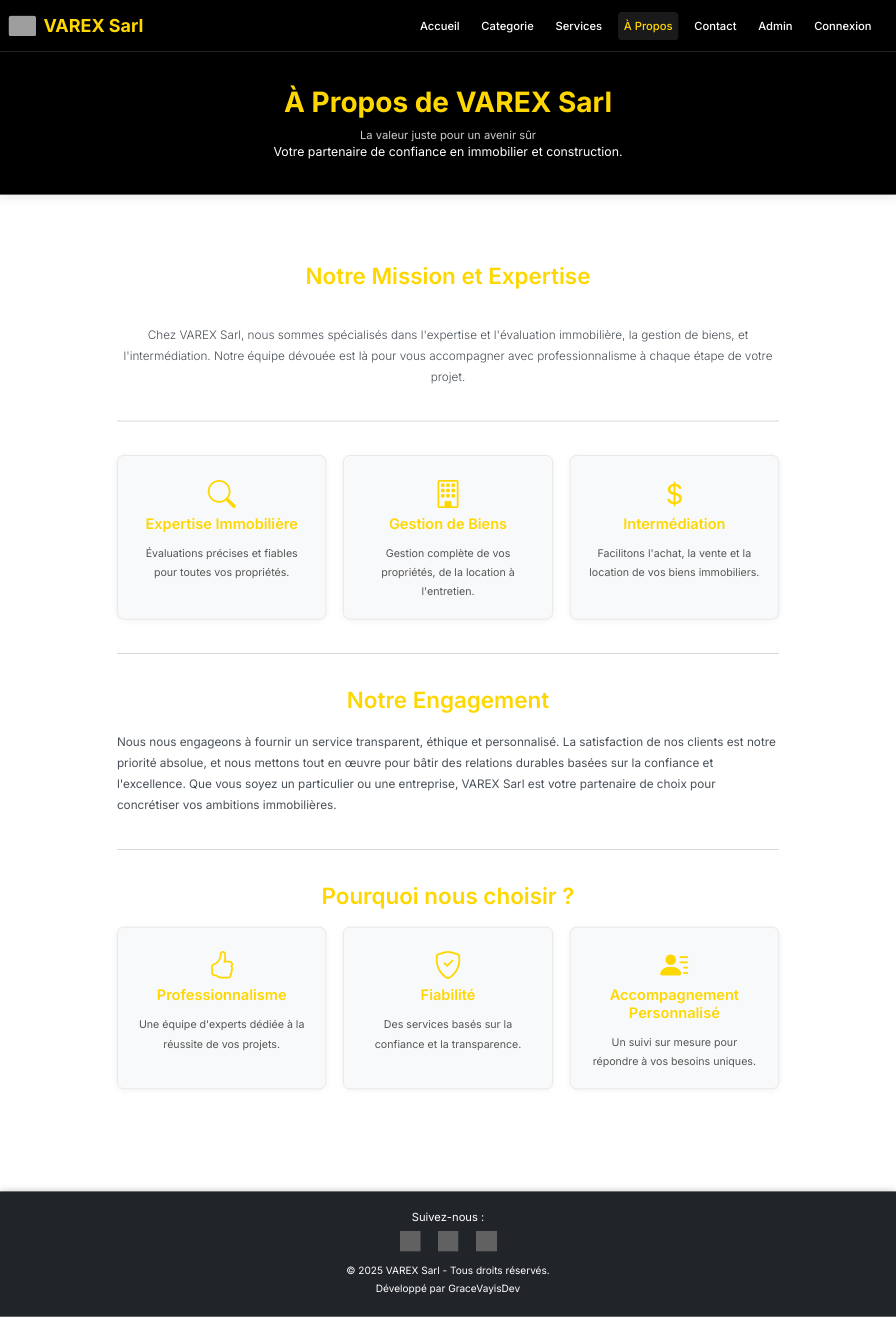
Repository: gradi243/catine
Page: apropos.html
The author's editor kept a copy of each file at every save. The page is drawn from the files as they stood at one save, then again after a run of saves.
The browser window is 1280 px wide. The pictures show the whole page, at 70% of full size.
Pictures or frames that could not be fetched are drawn as grey boxes.

Above is the page before, as saved 2025-07-01 00:04:05.

### apropos.html
<!DOCTYPE html>
<html lang="fr">
<head>
    <meta charset="UTF-8">
    <meta name="viewport" content="width=device-width, initial-scale=1.0">
    <title>À Propos - VAREX Sarl</title>
    <!-- Bootstrap CSS via CDN -->
    <link href="https://cdn.jsdelivr.net/npm/bootstrap@5.3.2/dist/css/bootstrap.min.css" rel="stylesheet" xintegrity="sha384-T3c6CoIi6uLrA9TneNEoa7RxnatzjcDSCmG1MXxSR1GAsXEV/Dwwykc2MPK8M2HN" crossorigin="anonymous">
    <!-- Bootstrap Icons via CDN -->
    <link href="https://cdn.jsdelivr.net/npm/bootstrap-icons@1.10.5/font/bootstrap-icons.css" rel="stylesheet">
    <!-- Google Fonts: Inter for a clean, modern look -->
    <link href="https://fonts.googleapis.com/css2?family=Inter:wght@300;400;500;600;700&display=swap" rel="stylesheet">
    <!-- Custom Styles -->
    <style>
        /* Define CSS Variables for the new color palette */
        :root {
            --color-primary-yellow: #FFD700; /* Gold/Yellow */
            --color-secondary-black: #000000; /* Black */
            --color-light-white: #FFFFFF; /* White */
            --color-dark-grey-text: #212529; /* Dark grey for general text */
        }

        body {
            font-family: 'Inter', sans-serif;
            background-color: var(--color-light-white);
            color: var(--color-dark-grey-text);
            display: flex;
            flex-direction: column;
            min-height: 100vh;
        }

        /* Navbar Customization */
        .navbar {
            background-color: var(--color-secondary-black) !important;
            box-shadow: 0 2px 10px rgba(0, 0, 0, 0.2);
            padding-top: 0.75rem;
            padding-bottom: 0.75rem;
        }
        .navbar-brand {
            font-weight: 700;
            font-size: 1.6rem;
            color: var(--color-primary-yellow) !important;
            display: flex;
            align-items: center;
        }
        .navbar-brand #companyLogo {
            width: 40px;
            height: 40px;
            margin-right: 10px;
            display: flex;
            justify-content: center;
            align-items: center;
            flex-shrink: 0;
        }
        .navbar-brand #companyLogo img {
            max-width: 100%;
            max-height: 100%;
            object-fit: contain;
            border-radius: 5px;
        }
        .navbar-nav .nav-link {
            color: var(--color-light-white) !important;
            font-weight: 500;
            margin-right: 15px;
            padding: 8px 12px;
            border-radius: 5px;
            transition: background-color 0.3s ease, color 0.3s ease;
        }
        .navbar-nav .nav-link:hover,
        .navbar-nav .nav-link.active {
            background-color: rgba(255, 255, 255, 0.1);
            color: var(--color-primary-yellow) !important;
        }
        .navbar-toggler {
            border-color: rgba(255, 255, 255, 0.3);
        }
        .navbar-toggler-icon {
            background-image: url("data:[embedded picture, 214 characters]");
        }

        /* Header (Hero Section) Customization */
        header {
            background-color: var(--color-secondary-black) !important;
            color: var(--color-light-white) !important;
            padding: 60px 0; /* Slightly less padding for sub-pages */
            text-align: center;
            box-shadow: 0 4px 15px rgba(0, 0, 0, 0.1);
        }
        header h1 {
            font-size: 2.5rem;
            font-weight: 700;
            color: var(--color-primary-yellow) !important;
            margin-bottom: 10px;
        }
        header p {
            font-size: 1.1rem;
            color: var(--color-light-white);
            max-width: 800px;
            margin: 0 auto;
        }
        header .slogan {
            font-size: 1rem;
            color: #ccc;
            margin-top: 5px;
        }

        /* Section Titles */
        .text-primary {
            color: var(--color-primary-yellow) !important;
        }

        /* About Section Specifics */
        .about-section {
            background-color: var(--color-light-white);
            padding: 50px 0;
        }
        .about-section h2 {
            font-size: 2rem;
            font-weight: 600;
            margin-bottom: 30px;
            color: var(--color-dark-grey-text);
        }
        .about-section p {
            font-size: 1.05rem;
            line-height: 1.8;
            color: #495057;
            margin-bottom: 20px;
        }
        .about-section .card {
            border: 1px solid #e0e0e0;
            border-radius: 10px;
            box-shadow: 0 2px 10px rgba(0, 0, 0, 0.05);
            transition: transform 0.3s ease, box-shadow 0.3s ease;
            background-color: #f8f9fa; /* Light grey background for cards */
        }
        .about-section .card:hover {
            transform: translateY(-5px);
            box-shadow: 0 5px 15px rgba(0, 0, 0, 0.1);
        }
        .about-section .card-body {
            padding: 25px;
        }
        .about-section .card-title {
            color: var(--color-primary-yellow);
            font-size: 1.3rem;
            font-weight: 600;
            margin-bottom: 15px;
        }
        .about-section .card-text {
            font-size: 0.95rem;
            color: #555;
        }
        .about-section .card i {
            font-size: 2.5rem;
            color: var(--color-primary-yellow);
            margin-bottom: 15px;
        }


        /* Footer Customization */
        footer {
            background-color: var(--color-secondary-black) !important;
            color: var(--color-light-white) !important;
            padding: 40px 0;
            margin-top: auto;
            box-shadow: 0 -2px 10px rgba(0, 0, 0, 0.2);
        }
        footer .social-icons a {
            margin: 0 10px;
            display: inline-block;
        }
        footer .social-icons img {
            width: 30px;
            height: 30px;
            filter: invert(100%) sepia(100%) saturate(0%) hue-rotate(285deg) brightness(100%) contrast(100%);
            transition: transform 0.2s ease;
        }
        footer .social-icons img:hover {
            transform: scale(1.1);
        }
        footer p {
            font-size: 0.9rem;
            margin-bottom: 5px;
        }

        /* Responsive adjustments */
        @media (max-width: 768px) {
            header h1 {
                font-size: 2rem;
            }
            header p {
                font-size: 1rem;
            }
            .about-section h2 {
                font-size: 1.8rem;
            }
            .about-section p {
                font-size: 1rem;
            }
        }
        @media (max-width: 576px) {
            .navbar-brand {
                font-size: 1.4rem;
            }
            header {
                padding: 40px 0;
            }
            header h1 {
                font-size: 1.6rem;
            }
            header .slogan {
                font-size: 0.9rem;
            }
        }
    </style>
</head>
<body>

<nav class="navbar navbar-expand-lg navbar-dark">
    <div class="container-fluid">
        <a class="navbar-brand" href="index.html">
            <div id="companyLogo">
                <img src="uploaded:image_c7909d.png-0eca17a6-129b-48e1-83e9-2f74c611cba1" alt="VAREX Sarl Logo">
            </div>
            <strong>VAREX Sarl</strong>
        </a>
        <button class="navbar-toggler" type="button" data-bs-toggle="collapse" data-bs-target="#navbarNav" aria-controls="navbarNav" aria-expanded="false" aria-label="Toggle navigation">
            <span class="navbar-toggler-icon"></span>
        </button>
        <div class="collapse navbar-collapse" id="navbarNav">
            <ul class="navbar-nav ms-auto">
                <li class="nav-item"><a class="nav-link" href="index.html">Accueil</a></li>
                <li class="nav-item"><a class="nav-link" href="categorie.html">Categorie</a></li>
                <li class="nav-item"><a class="nav-link" href="service.html">Services</a></li>
                <li class="nav-item"><a class="nav-link active" aria-current="page" href="apropos.html">À Propos</a></li>
                <li class="nav-item"><a class="nav-link" href="contact.html">Contact</a></li>
                <li class="nav-item"><a class="nav-link" href="admin/index.html">Admin</a></li>
                <li class="nav-item"><a class="nav-link" href="login.html">Connexion</a></li>
            </ul>
        </div>
    </div>
</nav>

<header class="text-center py-5">
    <h1>À Propos de VAREX Sarl</h1>
    <p class="slogan">La valeur juste pour un avenir sûr</p>
    <p>Votre partenaire de confiance en immobilier et construction.</p>
</header>

<section class="container my-5 about-section">
    <div class="row justify-content-center">
        <div class="col-lg-10">
            <h2 class="text-center text-primary mb-5">Notre Mission et Expertise</h2>
            <p class="text-center lead">
                Chez VAREX Sarl, nous sommes spécialisés dans l'expertise et l'évaluation immobilière, la gestion de biens,
                et l'intermédiation. Notre équipe dévouée est là pour vous accompagner avec
                professionnalisme à chaque étape de votre projet.
            </p>
            <hr class="my-5">
            <div class="row text-center g-4">
                <div class="col-md-4">
                    <div class="card h-100">
                        <div class="card-body">
                            <i class="bi bi-search"></i>
                            <h5 class="card-title">Expertise Immobilière</h5>
                            <p class="card-text">Évaluations précises et fiables pour toutes vos propriétés.</p>
                        </div>
                    </div>
                </div>
                <div class="col-md-4">
                    <div class="card h-100">
                        <div class="card-body">
                            <i class="bi bi-building"></i>
                            <h5 class="card-title">Gestion de Biens</h5>
                            <p class="card-text">Gestion complète de vos propriétés, de la location à l'entretien.</p>
                        </div>
                    </div>
                </div>
                <div class="col-md-4">
                    <div class="card h-100">
                        <div class="card-body">
                            <i class="bi bi-currency-dollar"></i>
                            <h5 class="card-title">Intermédiation</h5>
                            <p class="card-text">Facilitons l'achat, la vente et la location de vos biens immobiliers.</p>
                        </div>
                    </div>
                </div>
            </div>
            <hr class="my-5">
            <h2 class="text-center text-primary mb-4">Notre Engagement</h2>
            <p>
                Nous nous engageons à fournir un service transparent, éthique et personnalisé. La satisfaction de nos clients est notre priorité absolue, et nous mettons tout en œuvre pour bâtir des relations durables basées sur la confiance et l'excellence. Que vous soyez un particulier ou une entreprise, VAREX Sarl est votre partenaire de choix pour concrétiser vos ambitions immobilières.
            </p>
            <hr class="my-5">
            <h2 class="text-center text-primary mb-4">Pourquoi nous choisir ?</h2>
            <div class="row text-center g-4">
                <div class="col-md-4">
                    <div class="card h-100">
                        <div class="card-body">
                            <i class="bi bi-hand-thumbs-up"></i>
                            <h5 class="card-title">Professionnalisme</h5>
                            <p class="card-text">Une équipe d'experts dédiée à la réussite de vos projets.</p>
                        </div>
                    </div>
                </div>
                <div class="col-md-4">
                    <div class="card h-100">
                        <div class="card-body">
                            <i class="bi bi-shield-check"></i>
                            <h5 class="card-title">Fiabilité</h5>
                            <p class="card-text">Des services basés sur la confiance et la transparence.</p>
                        </div>
                    </div>
                </div>
                <div class="col-md-4">
                    <div class="card h-100">
                        <div class="card-body">
                            <i class="bi bi-person-lines-fill"></i>
                            <h5 class="card-title">Accompagnement Personnalisé</h5>
                            <p class="card-text">Un suivi sur mesure pour répondre à vos besoins uniques.</p>
                        </div>
                    </div>
                </div>
            </div>
        </div>
    </div>
</section>

<footer class="text-center text-white py-4 bg-dark mt-5">
    <div class="mb-2">Suivez-nous :</div>
    <div class="social-icons">
        <a href="#"><img src="https://upload.wikimedia.org/wikipedia/commons/thumb/6/6b/WhatsApp.svg/2048px-WhatsApp.svg.png" alt="WhatsApp" style="filter: invert(100%);"></a>
        <a href="#"><img src="https://upload.wikimedia.org/wikipedia/commons/thumb/7/7e/Gmail_icon_%282020%29.svg/512px-Gmail_icon_%282020%29.svg.png" alt="Gmail" style="filter: invert(100%);"></a>
        <a href="#"><img src="https://upload.wikimedia.org/wikipedia/commons/thumb/b/b8/2021_Facebook_icon.svg/2048px-2021_Facebook_icon.svg.png" alt="Facebook" style="filter: invert(100%);"></a>
    </div>
    <p class="mt-3">&copy; 2025 VAREX Sarl - Tous droits réservés.</p>
    <p>Développé par GraceVayisDev</p>
</footer>

<!-- Bootstrap Bundle JS (includes Popper) -->
<script src="https://cdn.jsdelivr.net/npm/bootstrap@5.3.2/dist/js/bootstrap.bundle.min.js" xintegrity="sha384-C6RzsynM9kWDrMNeT87bh95OGNyZPhcTNXj1NW7RuBCsyN/o0jlpcV8Qyq46cDfL" crossorigin="anonymous"></script>
</body>
</html>

After the next 2 saves:
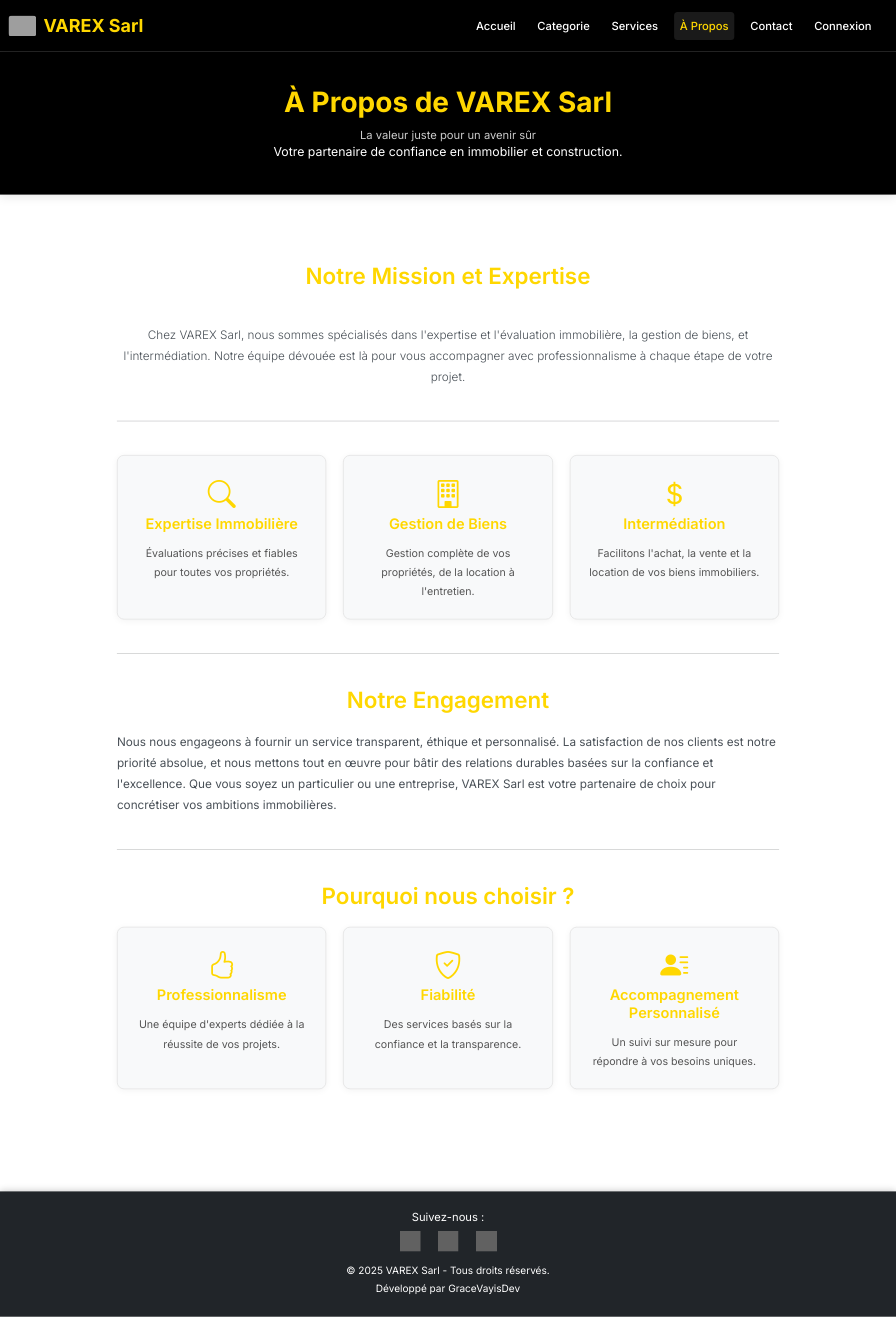
The 2 saves are shown as one change because they came seconds apart.
The last was saved 10 s later.
--- a/apropos.html
+++ b/apropos.html
@@ -234,7 +234,6 @@
                 <li class="nav-item"><a class="nav-link" href="service.html">Services</a></li>
                 <li class="nav-item"><a class="nav-link active" aria-current="page" href="apropos.html">À Propos</a></li>
                 <li class="nav-item"><a class="nav-link" href="contact.html">Contact</a></li>
-                <li class="nav-item"><a class="nav-link" href="admin/index.html">Admin</a></li>
                 <li class="nav-item"><a class="nav-link" href="login.html">Connexion</a></li>
             </ul>
         </div>
